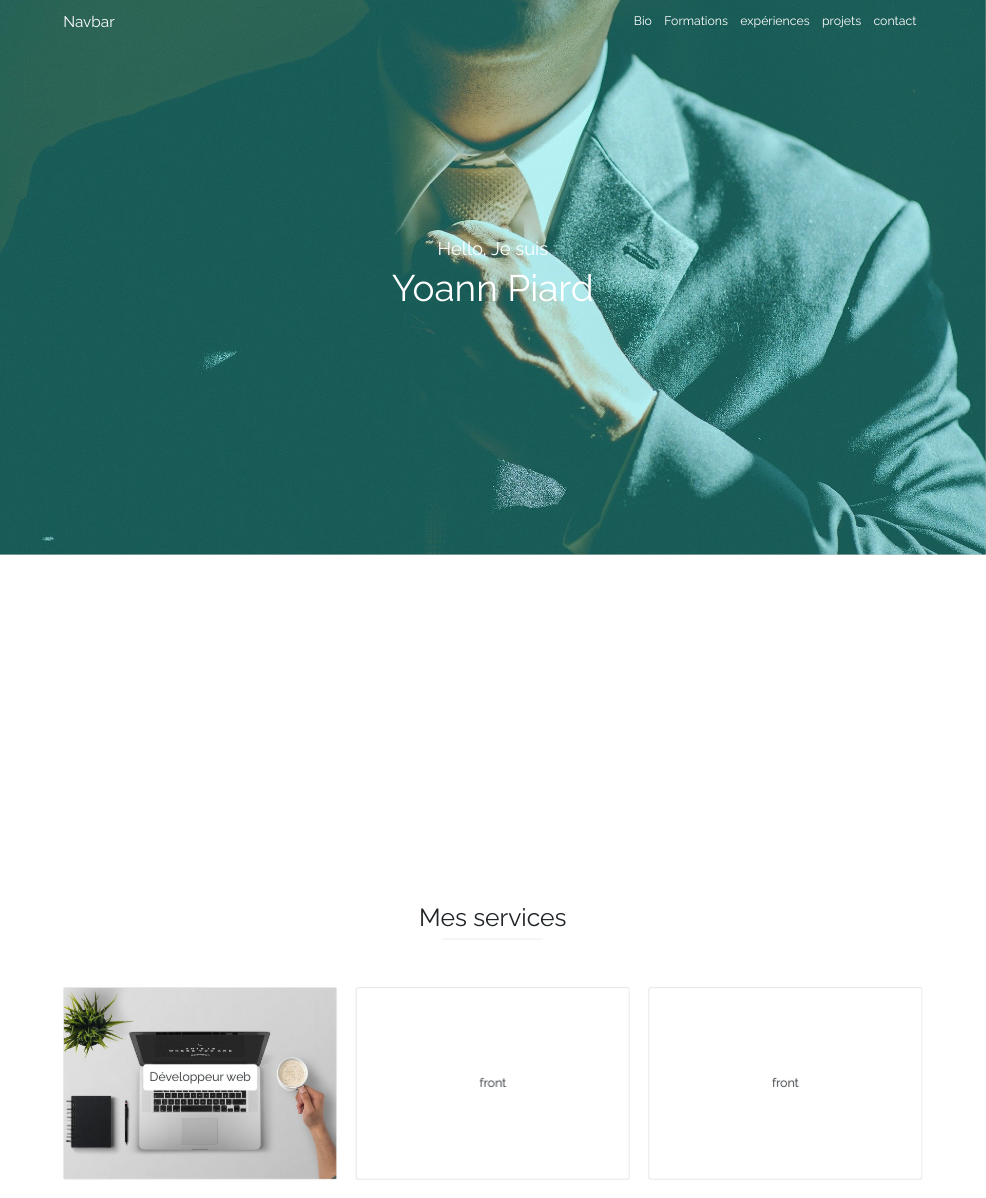
Repository: ypiard85/port-folio-bootstrap-yoann-2021
Page: index.html
The author's editor kept a copy of each file at every save. The page is drawn from the files as they stood at one save, then again after the next save.
The browser window is 1280 px wide. The pictures show the whole page, at 77% of full size.

Above is the page before, as saved 2021-03-09 16:43:51.
Console error: TypeError: window.onload is not a function

### index.html
<!DOCTYPE html>
<html lang="en">
  <head>
    <meta charset="UTF-8" />
    <meta http-equiv="X-UA-Compatible" content="IE=edge" />
    <meta name="viewport" content="width=device-width, initial-scale=1.0" />
    <link rel="stylesheet" href="https://use.fontawesome.com/releases/v5.15.2/css/all.css" integrity="sha384-vSIIfh2YWi9wW0r9iZe7RJPrKwp6bG+s9QZMoITbCckVJqGCCRhc+ccxNcdpHuYu" crossorigin="anonymous">    <!-- CSS only -->
    <link rel="stylesheet" href="./resource/style.css" />
    <link
      href="https://cdn.jsdelivr.net/npm/bootstrap@5.0.0-beta2/dist/css/bootstrap.min.css"
      rel="stylesheet"
      integrity="sha384-BmbxuPwQa2lc/FVzBcNJ7UAyJxM6wuqIj61tLrc4wSX0szH/Ev+nYRRuWlolflfl"
      crossorigin="anonymous"
    />
    <title>Document</title>
  </head>
  <body>
    <nav class="navbar position-fixed w-100 navbar-expand-lg navbar-light">
      <div class="container">
        <a class="navbar-brand" href="#">Navbar</a>
        <button
          class="navbar-toggler"
          type="button"
          data-bs-toggle="collapse"
          data-bs-target="#navbarNav"
          aria-controls="navbarNav"
          aria-expanded="false"
          aria-label="Toggle navigation"
        >
          <span class="navbar-toggler-icon"></span>
        </button>
        <div class="collapse navbar-collapse" id="navbarNav">
          <ul class="navbar-nav">
            <li class="nav-item">
              <a class="nav-link active" aria-current="page" href="#bio">Bio</a>
            </li>
            <li class="nav-item">
              <a class="nav-link" href="#formation">Formations</a>
            </li>
            <li class="nav-item">
              <a class="nav-link" href="#experience">expériences</a>
            </li>
            <li class="nav-item">
              <a class="nav-link" href="#projet">projets</a>
            </li>
            <li class="nav-item">
              <a class="nav-link" href="#contact">contact</a>
            </li>
          </ul>
        </div>
      </div>
    </nav>

    <header
      class="container-fluid flex-column
          d-flex align-items-center justify-content-center"
    >
      <h4>Hello, Je suis</h4>
      <h1>Yoann Piard</h1>
    </header>

    <section class="about_me in container">
      <div class="about_card rounded shadow-lg">
        <div class="container">
          <div class="row">
            <div class="col-md-6  col-sm-12 p-3 p-sm-4 align-self-center">
              <h2 class="mb-4" >A propos de moi</h2>
              <p>
                Passionné par l'informatique depuis mon plus jeune âge, je me
                suis tout naturellement orienté vers dans le secteur du
                développement web et logiciel. Depuis 2019, je mets mon savoir
                auprès d'associations et entreprises, les aidant à augmenter
                leurs visibilités sur internet. Aujourd'hui, je cherche à
                intégrer une entreprise afin de travailler sur des projets
                concrets et de monter en compétence.
              </p>
              <ul class="d-flex">
                  <li><a href=""><i class="fab fa-instagram"></i></a></li>
                  <li><a href=""><i class="fab fa-linkedin-in"></i></a></li>
                  <li><a href=""><i class="fab fa-github"></i></a></li>
              </ul>
            </div>
            <div class="col-md-6 col-sm-12 p-3 p-sm-5 d-none d-md-block">
              <img class="img-fluid img-thumbnail" src="./resource/image/yoann_piard.png" alt="" />
            </div>
          </div>
        </div>
      </div>
    </section>

    <section class="my_work">
        <div class="container">
            <h2 class="ttile_section text-center mb-5">Mes services</h2>
            <div class="row pt-4 pb-4">
                <div class="col-md-4">
                    <div class="scene">
                        <div class="card">
                          <div class="card__face card__face--front" style="background-image: url('./resource/services/laptop-1209008_1280.jpg');">
                            <p class="rounded">Développeur web</p>
                        </div>
                          <div class="card__face card__face--back"></div>
                        </div>
                      </div>
                </div>
                <div class="col-md-4">
                    <div class="scene">
                        <div class="card">
                          <div class="card__face card__face--front">front</div>
                          <div class="card__face card__face--back">back</div>
                        </div>
                      </div>
                </div>
                <div class="col-md-4">
                    <div class="scene">
                        <div class="card">
                          <div class="card__face card__face--front">front</div>
                          <div class="card__face card__face--back">back</div>
                        </div>
                      </div>
                </div>
            </div>
        </div>
    </section>

    <!-- JavaScript Bundle with Popper -->
    <script
      src="https://cdn.jsdelivr.net/npm/bootstrap@5.0.0-beta2/dist/js/bootstrap.bundle.min.js"
      integrity="sha384-b5kHyXgcpbZJO/tY9Ul7kGkf1S0CWuKcCD38l8YkeH8z8QjE0GmW1gYU5S9FOnJ0"
      crossorigin="anonymous"
    ></script>
    <script src="https://unpkg.com/scrollreveal"></script>
    <script src="./resource/scrollreveal.js"></script>
    <script src="./resource/app.js"></script>
    <script>window.onload(scrollEffect()) </script>
  </body>
</html>

### resource/style.css
@import url('https://fonts.googleapis.com/css2?family=Raleway&display=swap');

*{
    transition: 0.3s;
}

body{
    font-family: 'Raleway', sans-serif!important;
}


.navbar-collapse{
    flex-grow: 0!important;
}

nav a{
    color: white!important;
}

header{
    height: 100vh;
    background: gray;
    background-image: linear-gradient(90deg, rgba(0,231,249,0.2780462526807598) 100%, rgba(0,4,24,0.4405112386751575) 74%), url('./image/about-section.jpg');
    background-repeat: no-repeat;
    background-size: cover;
    background-position: top center;
    color: white;
}

header h1{
    font-weight: normal;
    font-size: 3em;
}

.about_card{
    margin: auto;
    width: 900px;
    max-width: 100%;
    background-color: white;
}

.about_card a{
    font-family: Arial!important;
}

.about_me h2{
    font-weight: bold;
}

.about_card img{
    width: 100%;
    border-radius: 50%;
}

.about_card ul{
    list-style: none;
    padding: 0;
}

.about_card i{
    font-size: 1em;
    color: black;
}

.about_card{
    line-height: 2em;
}

.about_card li{
    margin-right: 10px;
}

.in{
    transform: translateY(-200px);
}

.ttile_section{
    position: relative;
}

.ttile_section::after{
    content: '';
    position: absolute;
    width: 130px;
    height: 1px;
    background-color: rgb(233, 231, 231);
    bottom: -10px;
    left:0;
    right: 0;
    margin: auto;
}


.scene {
    width: 100%;
    height: 250px;
    perspective: 600px;
}

.card {
    width: 100%;
    height: 100%;
    position: relative;
    transition: transform 1s;
    transform-style: preserve-3d;
}

.card__face {
    position: absolute;
    backface-visibility: hidden;
  }

  .card__face--front {
    background-position: center;
    background-size: cover;
    width: 100%;
    height: 100%;
    display: flex;
    justify-content: center;
    align-items: center;
  }

  .card__face--front p{
    background-color:white;
    padding: 5px 8px;
  }

  .card__face--back {
    transform: rotateX( 180deg );
  }

  .card.is-flipped {
    transform: rotateX(180deg);
  }

### resource/scrollreveal.js
function scrollEffect(){


    ScrollReveal().reveal('.about_me', {
        delay: 150,
        duration: 1000,
        reset: true,
        origin: 'bottom',
        distance: '30%'
    });

}

### resource/app.js
document.querySelectorAll('.card').forEach(e => {
    e.addEventListener( 'mouseenter', function() {
        e.classList.add('is-flipped');
      });
      e.addEventListener( 'mouseleave', function() {
        e.classList.remove('is-flipped');
      });
});

document.querySelectorAll('.card__face--front p').forEach(e => {
    e.addEventListener( 'mouseenter', function() {
        e.classList.add('is-flipped');
      });
      e.addEventListener( 'mouseleave', function() {
        e.classList.remove('is-flipped');
      });
});

After the next save:
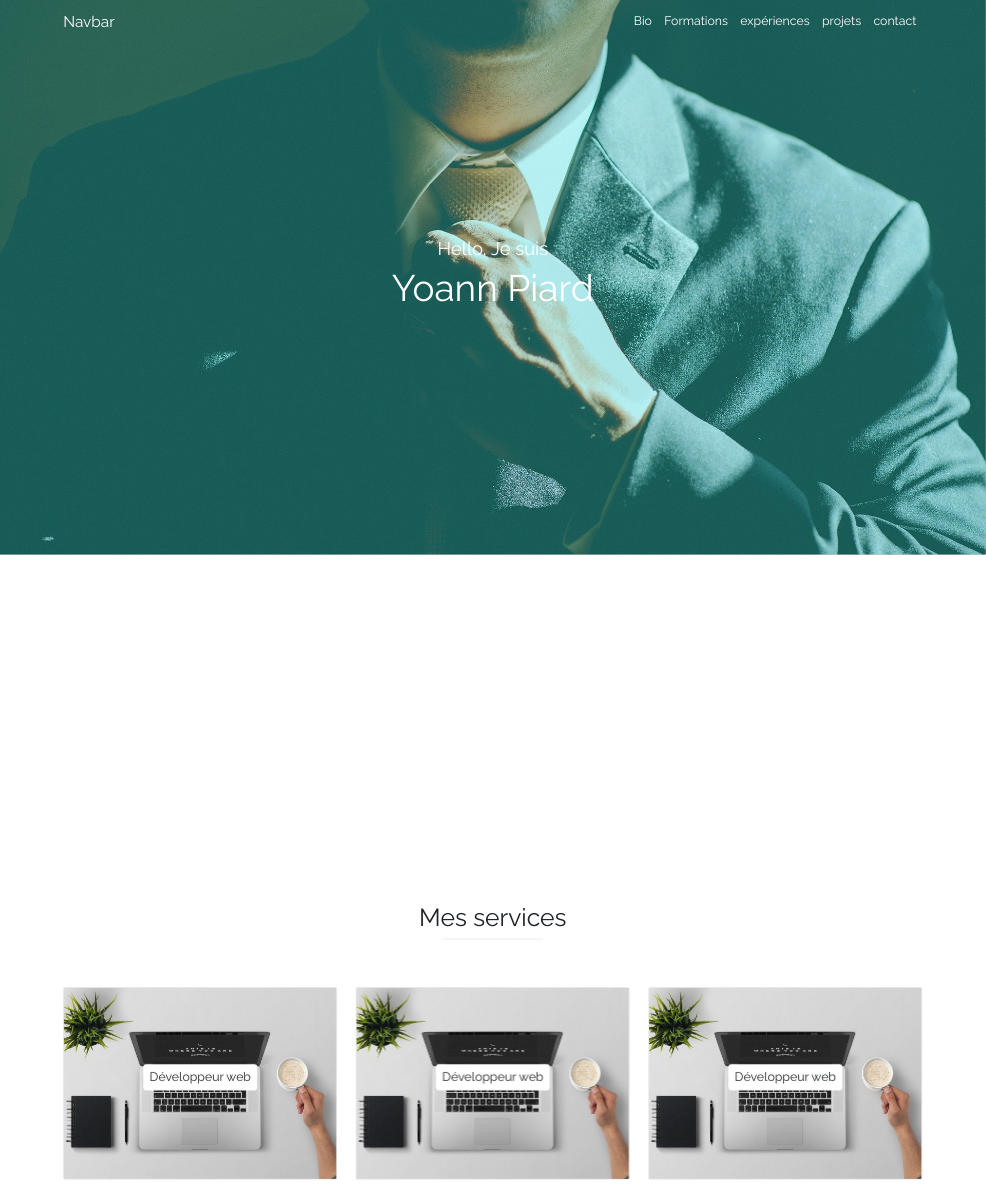
Saved 51 s later.
--- a/index.html
+++ b/index.html
@@ -105,16 +105,20 @@
                 <div class="col-md-4">
                     <div class="scene">
                         <div class="card">
-                          <div class="card__face card__face--front">front</div>
-                          <div class="card__face card__face--back">back</div>
+                          <div class="card__face card__face--front" style="background-image: url('./resource/services/laptop-1209008_1280.jpg');">
+                            <p class="rounded">Développeur web</p>
+                        </div>
+                          <div class="card__face card__face--back"></div>
                         </div>
                       </div>
                 </div>
                 <div class="col-md-4">
                     <div class="scene">
                         <div class="card">
-                          <div class="card__face card__face--front">front</div>
-                          <div class="card__face card__face--back">back</div>
+                          <div class="card__face card__face--front" style="background-image: url('./resource/services/laptop-1209008_1280.jpg');">
+                            <p class="rounded">Développeur web</p>
+                        </div>
+                          <div class="card__face card__face--back"></div>
                         </div>
                       </div>
                 </div>
